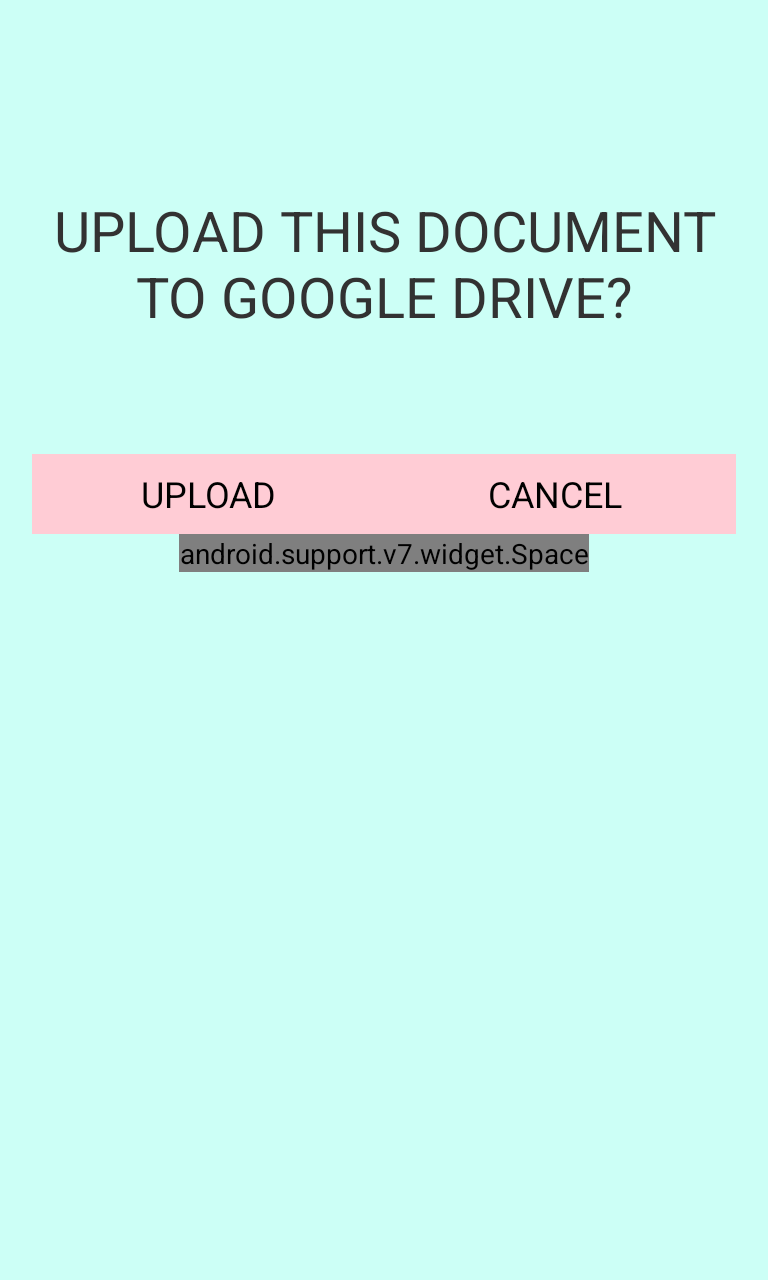
Repository: nick11roberts/Moka-Scanr
Layout: Document Uploader/res/layout/activity_preview.xml
The author's editor kept a copy of each file at every save. The layout is drawn from the files as they stood at one save, then again after the next save.
Pictures or frames that could not be fetched are drawn as grey boxes. It is drawn on a 768 x 1280 px phone screen (xhdpi) without system bars, with theme android:Theme.Holo.Light.NoActionBar; the app's code is not run. The app's manifest (not shown) leaves right-to-left support off. So textAlignment, textDirection and layoutDirection are ignored, and left and right values win over start and end ones.

Above is the layout before, as saved 2014-05-31 00:46:46.

After the next save:
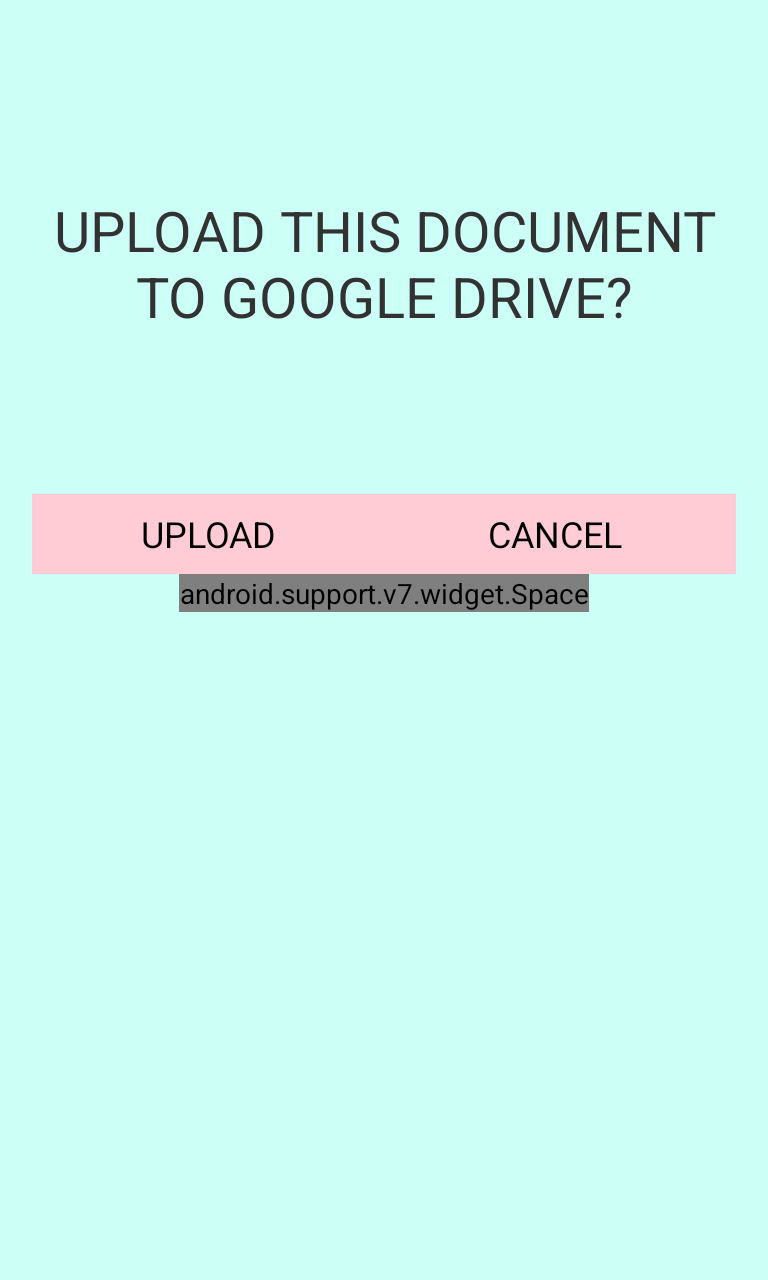
Saved 7 s later.
--- a/Document Uploader/res/layout/activity_preview.xml
+++ b/Document Uploader/res/layout/activity_preview.xml
@@ -15,7 +15,7 @@
     <TextView
         android:layout_width="wrap_content"
         android:layout_height="wrap_content"
-        android:paddingBottom="60dp"
+        android:paddingBottom="80dp"
         android:paddingTop="80dp"
         android:text="@string/preview_heading"
         android:textAlignment="center"
